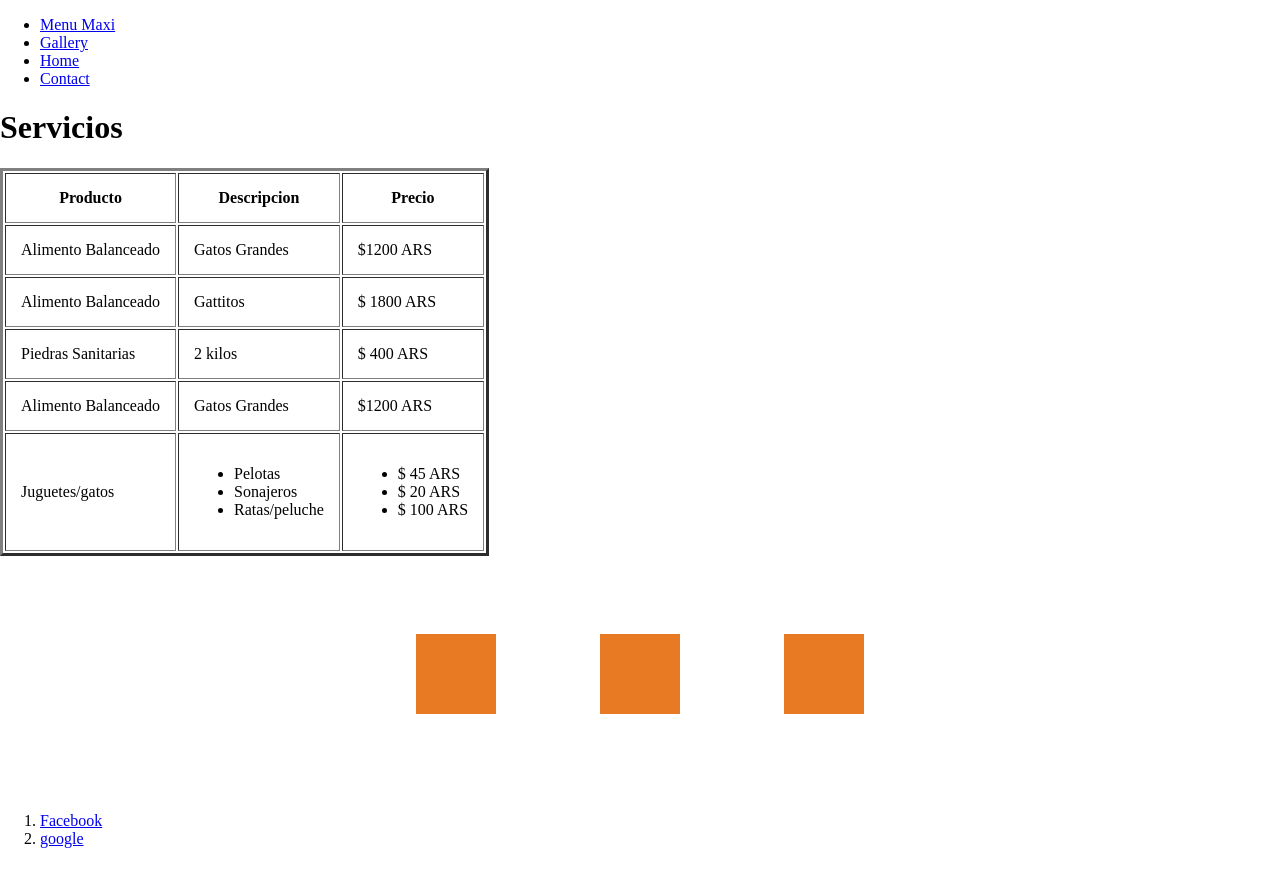
Repository: raul4264/final
Page: Services.html
The author's editor kept a copy of each file at every save. The page is drawn from the files as they stood at one save, then again after the next save.
The browser window is 1280 px wide. The pictures show the whole page.

Above is the page before, as saved 2021-03-25 13:49:20.

### Services.html
<!DOCTYPE html>
<html lang="en">

<head>
    <meta charset="UTF-8">
    <meta http-equiv="X-UA-Compatible" content="IE=edge">
    <meta name="viewport" content="width=device-width, initial-scale=1.0">
    <title>Services</title>
    <link href="css/services.css" rel="stylesheet" type="text/css">
</head>

<body>
    <header>


        <nav>
            <nav>
                <ul class="uno">
                    <li class="item"><a href="menu_maxi.html">Menu Maxi</a></li>
                    <li class="item"><a href="Gallery.html">Gallery</a></li>
                    <li class="item"><a href="index.html">Home</a></li>
                    <li class="item"><a href="Contact.html">Contact</a></li>
                </ul>

            </nav>

        </nav>

    </header>
    <main>
        <h1>Servicios</h1>
        <section>

            <table border="3px" cellpadding="15px">
                <tr>
                    <th>Producto</th>
                    <th>Descripcion</th>
                    <th>Precio</th>
                </tr>
                <tr>
                    <td>Alimento Balanceado</td>
                    <td>Gatos Grandes</td>
                    <td> $1200 ARS</td>
                </tr>
                <tr>
                    <td>Alimento Balanceado</td>
                    <td>Gattitos</td>
                    <td>$ 1800 ARS</td>
                </tr>
                <tr>
                    <td>Piedras Sanitarias</td>
                    <td>2 kilos</td>
                    <td>$ 400 ARS</td>
                </tr>
                <tr>
                    <td>Alimento Balanceado</td>
                    <td>Gatos Grandes</td>
                    <td>$1200 ARS</td>
                </tr>
                <tr>
                    <td>Juguetes/gatos</td>
                    <td>
                        <ul>
                            <li>Pelotas</li>
                            <li>Sonajeros</li>
                            <li>Ratas/peluche</li>
                        </ul>
                    </td>
                    <td>
                        <ul>
                            <li>$ 45 ARS</li>
                            <li>$ 20 ARS</li>
                            <li>$ 100 ARS</li>
                        </ul>
                    </td>
                </tr>
            </table>
            <br>
        </section>

        <div id="container">

			<div class="square square1"></div>
			<div class="square square2"></div>
			<div class="square square3"></div>

		</div>

    </main>


        <footer>
            <br>

            <ol>
                <li><a href="http://www.facebook.com" target="blanck">Facebook</a>

                </li>
                <li><a href="http://www.google.com" target="blanck">google</a>

                </li>
            </ol>
            <br>
        </footer>
</body>

</html>

### css/services.css
html, body{
	height: 100%;
}

body{
	margin: 0;
	overflow: hidden;
	padding: 0;
}

#container{
	height: 100%;
	padding: 60px 0;
	position: relative;
	text-align: center;
	width: 100%;
}

.square{
	background: #e87a24;
	display: inline-block;
	height: 80px;
	margin: 0 50px;
	width: 80px;
}

/* ESTILO HOVER */
#container:hover .square1{
	transform: scaleY(1.25);
	-moz-transform: scaleY(1.25);
	-webkit-transform: scaleY(1.25);
}

#container:hover .square2{
	transform: scaleY(1.5);
	-moz-transform: scaleY(1.5);
	-webkit-transform: scaleY(1.5);
}

#container:hover .square3{
	transform: scaleY(2);
	-moz-transform: scaleY(2);
	-webkit-transform: scaleY(2);
}

After the next save:
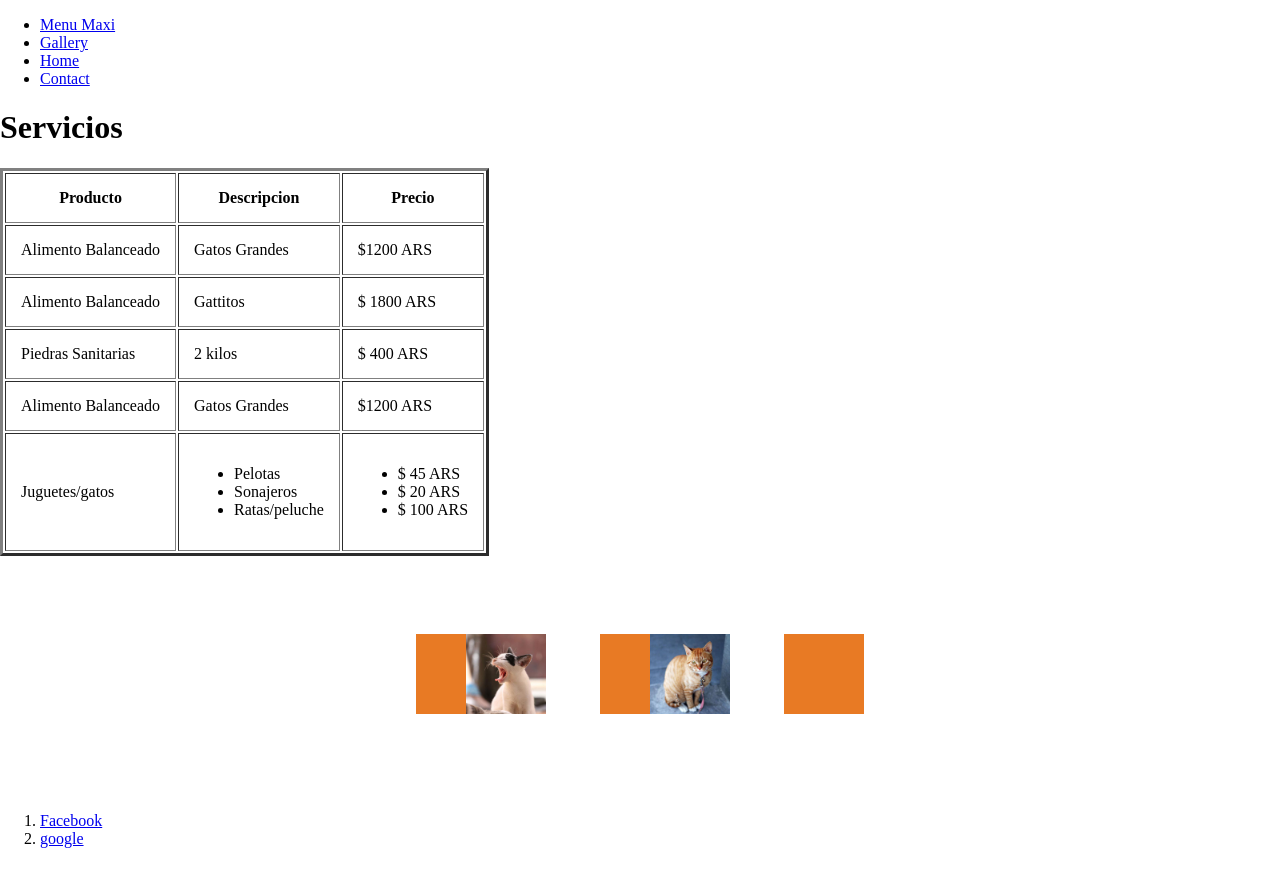
Saved 5 min 23 s later.
--- a/Services.html
+++ b/Services.html
@@ -80,8 +80,9 @@
 
         <div id="container">
 
-			<div class="square square1"></div>
-			<div class="square square2"></div>
+			<div class="square square1"><img src="images/2.jpg"  class="square square1"alt="Sample photo"> </div>
+
+			<div class="square square2"> <img src="images/3.jpg"  class="square square2" alt="Sample photo"></div>
 			<div class="square square3"></div>
 
 		</div>
